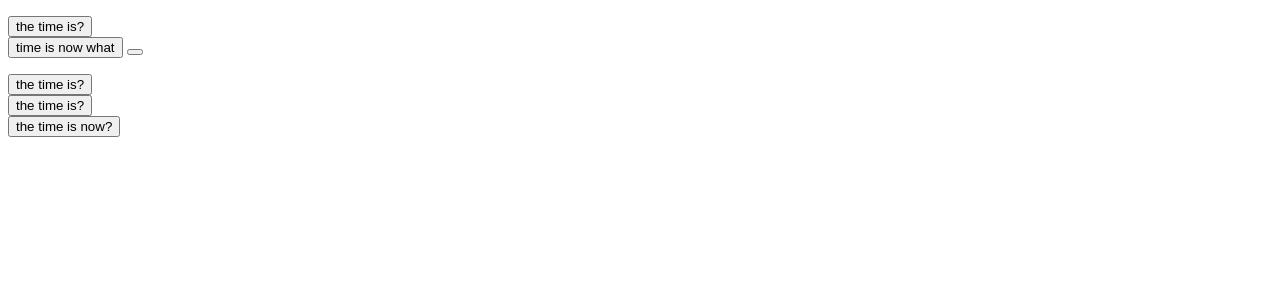
Repository: Dauddaniel/my-clock
Page: Bulb/Event.html
The author's editor kept a copy of each file at every save. The page is drawn from the files as they stood at one save, then again after the next save.
The browser window is 1280 px wide. The pictures show the whole page.

Above is the page before, as saved 2023-05-18 08:46:02.

### Bulb/Event.html
<!DOCTYPE html>
<html lang="en">
<head>
    <meta charset="UTF-8">
    <meta http-equiv="X-UA-Compatible" content="IE=edge">
    <meta name="viewport" content="width=device-width, initial-scale=1.0">
    <title>Document</title>
</head>
<body>
    <p id="myTime"></p>
    <p id="onmouse"></p>

    <button onclick="document.getElementById (demo).innerHTML=date()"> the time is?</button><br>
    <button onmouseout="document.getElementById('onmouse').innerHTML=Date()">time is now what</button>
    <button onmouseover="document.getElementById('onmouse').innerHTML=Date()"></button>

    <p id="demo"></p>
    <button onclick="this.innerHTML=Date()">the time is?</button><br>
    <button onclick="Document.getElementById(demo).innerHTML=Date()">the time is?</button><br>
    <button onclick="DisplayDate()">the time is now?</button><br>
    <audio src="audio.mp3" control muted>sorry your browser does not support embedding audio.</audio>





</body>
</html>

After the next save:
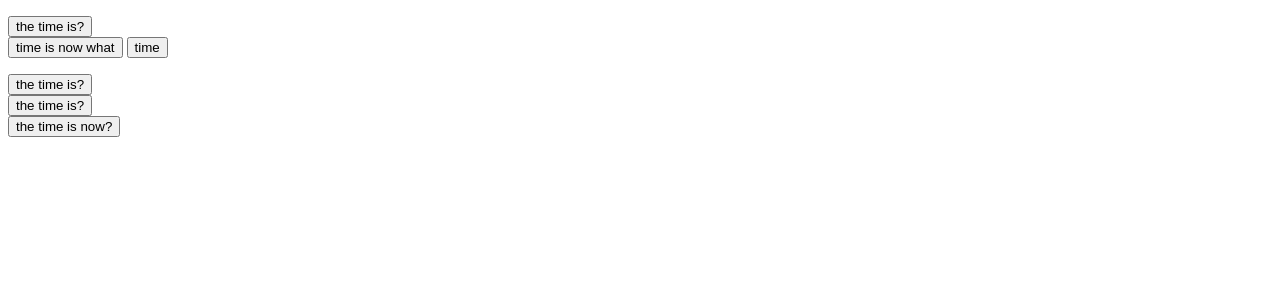
Saved 9 s later.
--- a/Bulb/Event.html
+++ b/Bulb/Event.html
@@ -12,7 +12,7 @@
 
     <button onclick="document.getElementById (demo).innerHTML=date()"> the time is?</button><br>
     <button onmouseout="document.getElementById('onmouse').innerHTML=Date()">time is now what</button>
-    <button onmouseover="document.getElementById('onmouse').innerHTML=Date()"></button>
+    <button onmouseover="document.getElementById('onmouse').innerHTML=Date()">time</button>
 
     <p id="demo"></p>
     <button onclick="this.innerHTML=Date()">the time is?</button><br>
